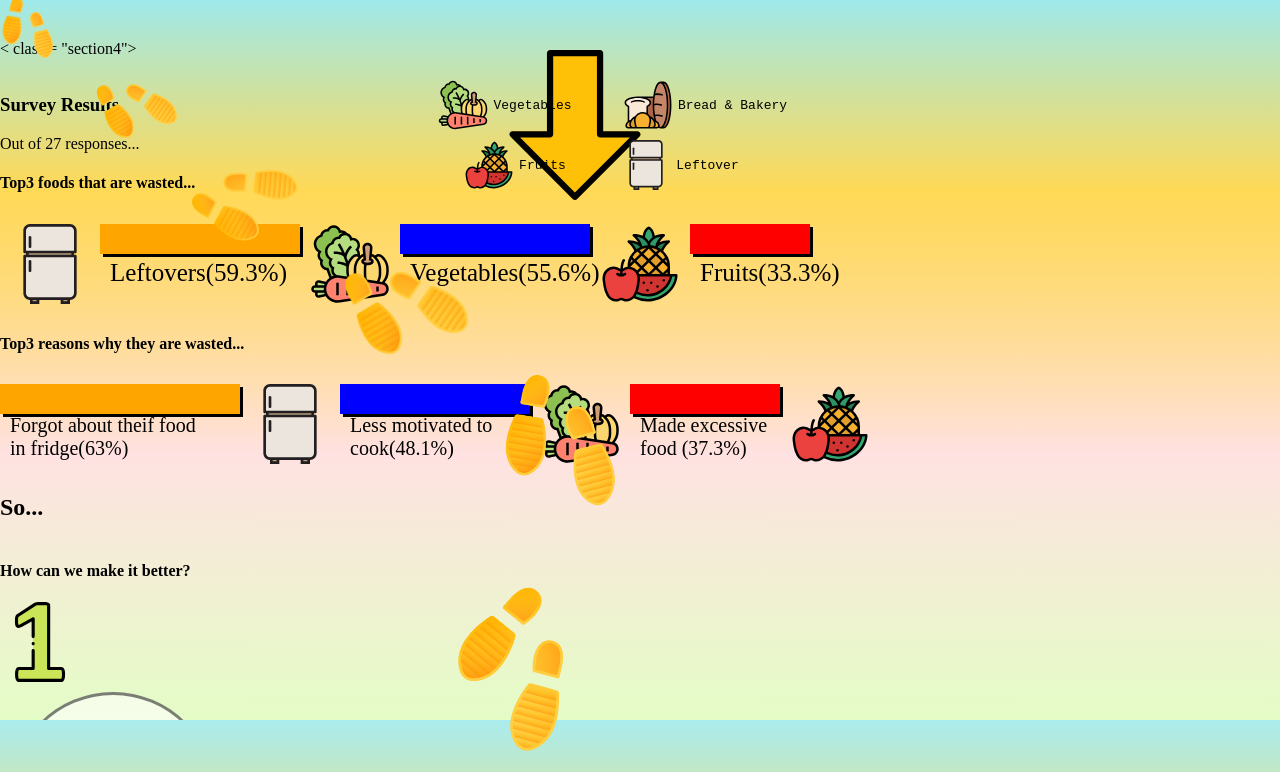
Repository: iorid3/Midterm
Page: index.html
These files come from the project's save history. The page is drawn as it stood at one moment and after the next save; the edit follows.
The browser window is 1280 px wide. The pictures show the whole page.
An inner scrolling area shows only its first screen.

Above is the page before, as saved 2021-03-09 10:54:03.

### index.html
<!DOCTYPE html>
<html>
    <head>
       <title>Mid term</title>
        <link href= "./index.css"  rel ="stylesheet" type = "text/css" >
    </head>
<body>
   <div id = "main">

        <div class = "section1">
            <div><h1> How Food Waste Impacts Our World</h1></div>
            <div><img src =""/></div>
            <div class = "comp1"></div>
            <div class = "comp2"></div>
            <div class = "comp5"></div>
        </div>

        <div class = "section2">
            <div><h2>DId you know that...</h2></div>
            <div class ="comp3_1"></div>
            <div class ="comp3_2"></div>
            <div class ="comp3_3"></div>
            <div class ="comp3_4"></div>
            <div class = "comp1"></div>

            <div class = "flag"><img src = ""></div>
            <div><h3>Most Common Foods Thrown out by Canadians</h3></div>
               <div class = "container1">
                    <div class ="comp4_1"></div>
                    <div class ="comp4_2"></div>
                    <div class ="comp4_3"></div>
                    <div class ="comp4_4"></div>
                </div>

            <div class = "comp5"></div>
            <div><h3>In Canada, entirely, that is almost 2.2 million tonnes of food wasted</h3></div>
            <div><img src = ""></div>
        </div>

        <div class = "section3">
            <div><h2>How does food waste contribute to carbon foodprint?</h2></div>
            <div><img src = ""></div>

            <div class = "comp6"></div>
            <div class = "comp6"></div>
            <div class = "comp6"></div>
            <div class = "comp6"></div>

                <div class = "container2">
                    <div><img src = ""></div>
                    <div><img src = ""></div>
                    <div><img src = ""></div>
                </div>

            <div class = "comp6"></div>


        </div>


        < class = "section4">
            <div class = "container3">
               <div><img src = ""></div>
               <div><h3>Survey Results</h3></div>
               <div>Out of 27 responses...</div>
            </div>


            <div class ="comp2"></div>
            <div><h4>Top3 foods that are wasted...</h4></div>
            <div class = "container4">
                <div class = "comp7"></div>
                <div class = "comp7"></div>
                <div class = "comp7"></div>
            </div>

            <div><h4>Top3 reasons why they are wasted...</h4></div>
            <div class = "container5">
                <div class = "comp8"></div>
                <div class = "comp8"></div>
                <div class = "comp8"></div>
            </div>



            <div><h2>So...</h2></div>

            <div><h4>How can we make it better?</h4></div>
            <div class = "container6">
                <div class ="comp9"></div>
                <div class ="comp9"></div>
                <div class ="comp9"></div>
                <div class ="comp9"></div>
            </div>


        <div class = "section5">

            <div><h3>Small Steps goes a long way</h3></div>
            <div class = "comp10"></div>
            <div class = "comp10"></div>
            <div class = "comp10"></div>
            <div class = "comp10"></div>
            <div class = "comp10"></div>
            <div class = "comp10"></div>

            <div><img src = ""></div>
            <div><img src = ""></div>

            <div class = "comp5"></div>
            <div><h3>Do your part in saving the environment by ...</h3></div>
            <div><h2>Using this app to reduce food waste</h2></div>
            <div><h2>FridgeSaver</h2></div>
            <div><img src =""></div>
            <div class = "comp5"></div>
            <div><h5>Start with what you have in your fridge</h5></div>

            <div><img src =""></div>
            <div><h5>Ready to find interesting recipes?</h5></div>



        </div>

    <h1>HIHIHI</h1>



       <!-- <div class = "col left">
           <div class = "row top">
               <div class = "shake"></div>
           </div>
           <div class = "row mid">
               <div class = "rank1"></div>
               <div class = "rank2"></div>
           </div> -->
    </div>

<script src = ./Comps/comp1/index.js></script>
<script src = ./Comps/comp2/index.js></script>
<script src = ./Comps/comp3/index.js></script>
<script src = ./Comps/comp4/index.js></script>
<script src = ./Comps/comp5/index.js></script>
<script src = ./Comps/comp6/index.js></script>
<script src = ./Comps/comp7/index.js></script>
<script src = ./Comps/comp8/index.js></script>
<script src = ./Comps/comp9/index.js></script>
<script src = ./Comps/comp10/index.js></script>

<script src = ./index.js></script>
</body>
</html>

### index.css
html,body{
    margin:0;
    overflow-x:hidden;
    background: linear-gradient(180deg, rgba(156, 233, 235, 0.86) 0%, rgba(255, 217, 86, 0.96) 26.56%, rgba(255, 220, 220, 0.6) 63.02%, rgba(227, 252, 195, 0.76) 100%);
    mix-blend-mode: normal;
}
#main{
    width:100vw;
    height:100vh;
    display:flex;
    flex-direction: column;
    justify-content: center;
}

### Comps/comp1/index.js
function Comp1UI(url="Images/confusion.png", size ="10px", font= "Poppins", text="text"){
    return `<div style='
            width: 100vw;
            height: 30vh;
            display: inline-flex;
            justify-content: center;
            align-items: center;
            transition: opacity 1s;
            opacity: 0.25;
        '
        onclick='Comp1UI.HandleClick(this)'
        >

        <img style='
            display: inline-flex;
            width: 200px;
            position: relative;
            left: 140px;
            top: 60px;
        'src="${url}" />

        <div>
            <img style='
                display: inline-flex;
                position: relative;
                width: 500px;
                left: 100px;
                bottom: 10px;
            'src="Images/chat.svg" />

            <div style='
                display: inline-flex;
                position: relative;
                bottom: 280px;
                right: 265px;
                font-size: ${size};
                font-weight: bold;
                font-family: ${font};
            '> ${text}</div>
        </div>
    </div>`
}

Comp1UI.HandleClick = (el) => {
    el.style.opacity = 1;
}

### Comps/comp2/index.js
function Comp2UI(url="Images/confusion.png", size ="10px", font= "Poppins", text="text"){
    return `<div style='
        width: 100vw;
        height: 30vh;
        display: inline-flex;
        justify-content: center;
        align-items: center;
        transition: opacity 1s;
        opacity: 0.25;
    '
    onclick='Comp1UI.HandleClick(this)'
    >

        <img style='
            display: inline-flex;
            width: 200px;
            position: relative;
            left: 500px;
            top:60px;
        ' src="${url}"/>

        <div>
            <img style='
                display: inline-flex;
                position: relative;
                width: 500px;
                right: 200px;
                bottom: 10px;
                transform: rotateY(180deg)
            ' src="Images/chat2.svg" />

            <div style='
                display: inline-flex;
                position: relative;
                bottom: 280px;
                right: 560px;
                font-size: ${size};
                font-weight: bold;
                font-family: ${font};
            ' >${text}</div>
        </div>
    </div>`
}

Comp2UI.HandleClick = (el) => {
    el.style.opacity = 1;
}

### Comps/comp3/index.js
function Comp3UI(Text='Average Canadian wastes 140kg of food in a year', url='https://placekitten.com/400/400') {
    return `
        <div style='
            display: inline-flex;
            align-items: center;
            justify-content: center;

            transition-property: transform;
            transition-duration: 1s;
            transition-timing-function: ease-in-out;
            transition-delay: 1s;

        '>
            <div style='
                flex-basis: 200px;
                text-align: center;
                padding-right: 10px;
                font-family: monospace;


            '
            >${Text}</div>

            <div style='
                width: 100px;
                height: 100px;
            '
            // onclick='Comp3UI.HandleClick(this)'
            >
                <img  style='
                    width: 100%;
                    height: 100%;
                    object-fit: cover;
                '
                src='${url}' />
        </div>
    `
}

// Comp3UI.HandleClick = (el) => {
//     el.style.top = "110%";
// }


// export const Comp3 = Comp3UI();

### Comps/comp4/index.js
function Comp4UI(url='https://placekitten.com/300/300',text='Bread & Bakery',x='0',y='0') {
    return `
        <div style='
            display: flex;
            flex-direction: row;
            align-item: center;
            justify-content: center;
            width: 250px;
            height: 50px;
            margin: 10px;
            position: absolute;
            top: ${x}px;
            left: ${y}px;

            animation-name: bouncing;
            animation-duration: 1.5s;
            animation-direction: alternate;
            animation-iteration-count: infinite;
            animation-delay: 2s;



        '
        >
            <div style='
                width: 50px;
                height: 50px;
            '>
                <img style='
                    width: 100%;
                    height: 100%;
                    object-fit: cover;
                '
                src='${url}' />
            </div>
            <div style='
            font-family: monospace;
            text-align: center;
            padding-top: 18px;
            padding-left: 5px;
            '
            >${text}</div>
        </div>
    `
}




// export const Comp4 = Comp4UI();

### Comps/comp5/index.js
function Comp5UI(x='0', y='0', url='https://placekitten.com/300/300') {
    return `
        <div style='
            width: 150px;
            height: 150px;
            position: absolute;
            top: ${x}px;
            left: ${y}px;

        '
        >
            <img style='
                width: 100%;
                height: 100%;
                object-fit: cover;

                animation-name: bounce;
                animation-duration: 1s;
                animation-direction: alternate;
                animation-iteration-count: infinite;

            '
            src='${url}' />


        </div>

    `
}

// export const Comp5 = Comp5UI();

### Comps/comp6/index.js
function Carboncomp(text =" 7% of greenhouse gases produced globally are due to preventable food waste", url= "images/factory.svg"){
    return `<div style = "
                          display:inline-flex;
                          ">
                         <div style = "display:flex;
                         padding:10px;">
                         <img style ="
                          width:100px;
                          height:100px;
                         " src  = "${url}"></div>
                         <div style ="
                         display:flex;
                         padding:10px;"><p>${text}</p></div>

            </div>`

}

### Comps/comp7/index.js
function Graphcomp(url ="images/vegetable.svg",text ="Leftovers(59.3%)",color ="pink",width ="200px" ){
    return `<div style = "
                          display:inline-flex;
                          align-items:flex-start;
                          justify-content:flex-start;
                          ">
                            <div style = "display:flex;
                            padding:10px;
                            width:80px;
                            height:80px;
                            ">
                            <img src  = "${url}"></div>
                            <div class = "graph"
                            style ="
                            width:${width};
                            height:30px;
                            margin-top:10px;
                            background-color:${color};
                            box-shadow: 3px 3px ;
                            transition:background-color,1s,box-shadow, 1s;"
                            onmouseover = "Graphcomp.HandleMouseover(this)">
                            <div style ="
                            display:flex;
                            padding:10px;
                            font-size:25px;"><p>${text}</p></div>
                            </div>



            </div>`


}

Graphcomp.HandleMouseover = (el)=>{
   el.style.boxShadow = "8px 8px";
//    el.style.width = "400px";
 }

### Comps/comp8/index.js
function Graphcomp2(url ="images/vegetable.svg",text ="Leftovers(59.3%)",color ="pink",width ="200px" ){
    return `<div style = "
                          display:inline-flex;
                          flex-direction:row;
                          justify-content:center;
                          ">
                            <div class = "graph"
                            style ="
                            display:flex;
                            width:${width};
                            height:30px;
                            margin-top:10px;
                            background-color:${color};
                            box-shadow: 3px 3px ;
                            transition:background-color,1s,box-shadow, 1s;"
                            onmouseover = "Graphcomp2.HandleMouseover(this)">
                            <div style ="
                            display:flex;
                            width:200px;
                            padding:10px;
                            font-size:20px;"><p>${text}</p></div>
                            </div>
                            <div style = "display:flex;
                            padding:10px;
                            width:80px;
                            height:80px;
                            ">
                            <img src  = "${url}"></div>




            </div>`


}

Graphcomp2.HandleMouseover = (el)=>{
//    el.style.backgroundColor  = "blue";
   el.style.boxShadow = "8px 8px";
//    el.style.width = "400px";
 }

### Comps/comp9/index.js
function Comp9UI(url="Images/1.svg", text="4 Ways to Make it Better") {
    return `
        <img style='
            width: 80px;
            height: 80px;
            transition: width 0.2s;
            transition-timing-function: ease-in-out;
            display: flex;
        justify-content: center;
        align-items: center;
        flex-wrap: wrap;
        '

        onmouseover='Comp9UI.HandleImageHover(this)'
        onmouseout='Comp9UI.HandleImageHoverOut(this)'

        src="${url}"/>

        <div style='
            width: 180px;
            height: 180px;
            margin: 10px;
            padding: 10px;
            background-color: rgba(255, 255, 255, 0.6);
            border: 3px solid rgba(0, 0, 0, 0.5);
            border-radius: 50%;
            display: flex;
            justify-content: center;
            align-items: center;
            font-size: 1.1em;
            line-height: 1.2em;
            text-align: center;
            transition: width 0.2s;
            transition-timing-function: ease-in-out;
        '
            onmouseover='Comp9UI.HandleHover(this)'
            onmouseout='Comp9UI.HandleHoverOut(this)'

        >${text}</div>

    `
}

Comp9UI.HandleImageHover = (el) => {
    el.style.width = "120px";
    el.style.height = "120px";
}

Comp9UI.HandleImageHoverOut = (el) => {
    el.style.width = "80px";
    el.style.height = "80px";
}

Comp9UI.HandleHover = (el) => {
    el.style.color = "#2E8B57";
    // el.style.width = "210px";
    // el.style.height = "210px";
    // el.style.fontSize = "1.4em";
}

Comp9UI.HandleHoverOut = (el) => {
    el.style.color = "#000000";
    // el.style.width = "180px";
    // el.style.height = "180px";
    // el.style.fontSize = "1.1em";
}
// export const comp9 = Comp9UI();

### Comps/comp10/index.js
function Comp10UI(w="55px", tdeg="120deg", top="0px", left="0px", anidelay="1s") {
    return `
    <img style='
        width: ${w};
        transform: rotate(${tdeg});
        position: absolute;
        top: ${top};
        left: ${left};

        animation-name: footsteps;
        animation-duration: 4s;
        animation-delay: ${anidelay};
        animation-iteration-count: infinite;

    'src="Images/footstep.png"/>

    `
}

// export const comp10 = Comp10UI();

### index.js
document.querySelector(".comp1").innerHTML += Comp1UI("./images/question.svg","25px", "Poppins", "What's the issue?");
document.querySelector(".comp2").innerHTML += Comp2UI("./images/professor.svg", "25px", "Poppins", "Good Question!");

//add claudia's componenets

document.querySelector(".comp3_1").innerHTML += Comp3UI('Average Canadian wastes 140kg of food in a year', 'Images/crowd.svg')
document.querySelector(".comp3_2").innerHTML += Comp3UI('That’s worth about $1,100 Canadian dollars', 'Images/plant.svg')
document.querySelector(".comp3_3").innerHTML += Comp3UI('About 63% of the food that is thrown away could be eaten or used', 'Images/garbage.svg')
document.querySelector(".comp3_4").innerHTML += Comp3UI('A single household waste approximately $100 per month', 'Images/family.svg')

document.querySelector(".comp4_1").innerHTML += Comp4UI('Images/vegetable.svg', 'Vegetables',70,370)
document.querySelector(".comp4_2").innerHTML += Comp4UI('Images/bread.svg', 'Bread & Bakery',70,570)
document.querySelector(".comp4_3").innerHTML += Comp4UI('Images/fruits.svg', 'Fruits',130,380)
document.querySelector(".comp4_4").innerHTML += Comp4UI('Images/fridge.svg', 'Leftover',130,545)

document.querySelector(".comp5").innerHTML += Comp5UI(50,500,'Images/down-arrow.svg')


document.querySelector(".comp9").innerHTML += Comp9UI("Images/1.svg", "Have a smaller shopping list and increase the frequency of your grocery shopping trips");
document.querySelector(".comp9").innerHTML += Comp9UI("Images/2.svg", "Consume your leftover food first");
document.querySelector(".comp9").innerHTML += Comp9UI("Images/3.svg", "Make foods that can be preserved longer such as jam, sauces, and pickled food");
document.querySelector(".comp9").innerHTML += Comp9UI("Images/4.svg", "Be mindful of saving the environment by reducing food waste");

document.querySelector(".comp10").innerHTML += Comp10UI("60px", "120deg", "0px", "0px", "1s");
document.querySelector(".comp10").innerHTML += Comp10UI("75px", "80deg", "70px", "100px", "1.5s");
document.querySelector(".comp10").innerHTML += Comp10UI("95px", "50deg", "150px", "200px", "2s");
document.querySelector(".comp10").innerHTML += Comp10UI("115px", "80deg", "250px", "350px", "2.5s");
document.querySelector(".comp10").innerHTML += Comp10UI("130px", "120deg", "380px", "500px", "3s");
document.querySelector(".comp10").innerHTML += Comp10UI("145px", "150deg", "600px", "450px", "3.5s");

document.querySelector(".comp6").innerHTML +=  Carboncomp();
document.querySelector(".comp6").innerHTML +=  Carboncomp(text = "Waste food that ends up in the landfill produces methane gas",url= "images/garbage.svg");
document.querySelector(".comp6").innerHTML +=  Carboncomp(text ="which 21x more potent than carbon dioxide. It may give serious damage to our society. ",url ="images/skull.svg" );
document.querySelector(".comp6").innerHTML +=  Carboncomp(text = "From the time we harvest foods, to processing,to distribution,to decomposition", url ="images/barn.svg");
document.querySelector(".comp6").innerHTML +=  Carboncomp();
document.querySelector(".comp7").innerHTML +=  Graphcomp("Images/fridge.svg",text ="Leftovers(59.3%)",color ="orange",width ="200px");
document.querySelector(".comp7").innerHTML +=  Graphcomp("Images/vegetable.svg",text ="Vegetables(55.6%)",color ="blue",width ="190px");
document.querySelector(".comp7").innerHTML +=  Graphcomp("Images/fruits.svg",text ="Fruits(33.3%)",color ="red",width ="120px");
document.querySelector(".comp8").innerHTML +=  Graphcomp2("Images/fridge.svg",text ="Forgot about theif food in fridge(63%)",color ="orange",width ="240px");
document.querySelector(".comp8").innerHTML +=  Graphcomp2("Images/vegetable.svg",text ="Less motivated to cook(48.1%)",color ="blue",width ="190px");
document.querySelector(".comp8").innerHTML +=  Graphcomp2("Images/fruits.svg",text ="Made excessive food (37.3%)",color ="red",width ="150px");

After the next save:
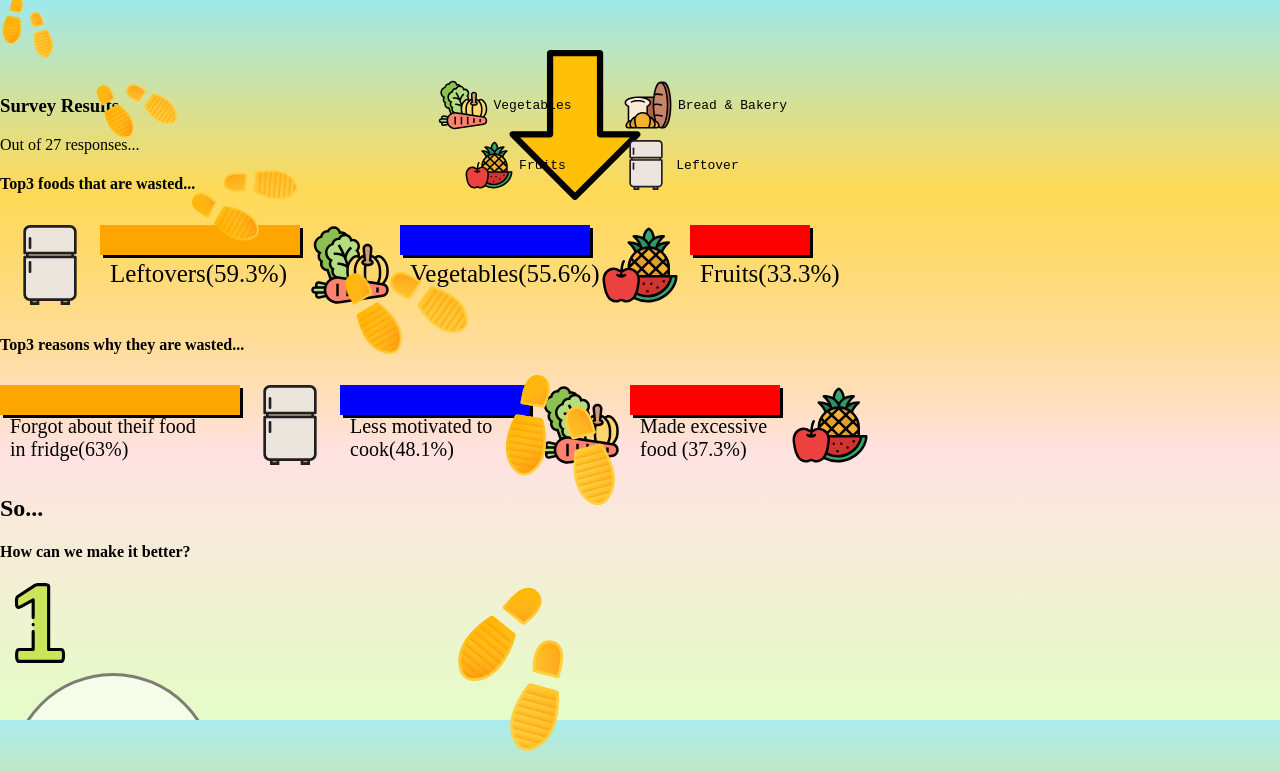
Saved 8 min 41 s later.
--- a/index.html
+++ b/index.html
@@ -58,7 +58,7 @@
         </div>
 
 
-        < class = "section4">
+        <div class = "section4">
             <div class = "container3">
                <div><img src = ""></div>
                <div><h3>Survey Results</h3></div>
@@ -92,7 +92,7 @@
                 <div class ="comp9"></div>
                 <div class ="comp9"></div>
             </div>
-
+        </div>
 
         <div class = "section5">
 
